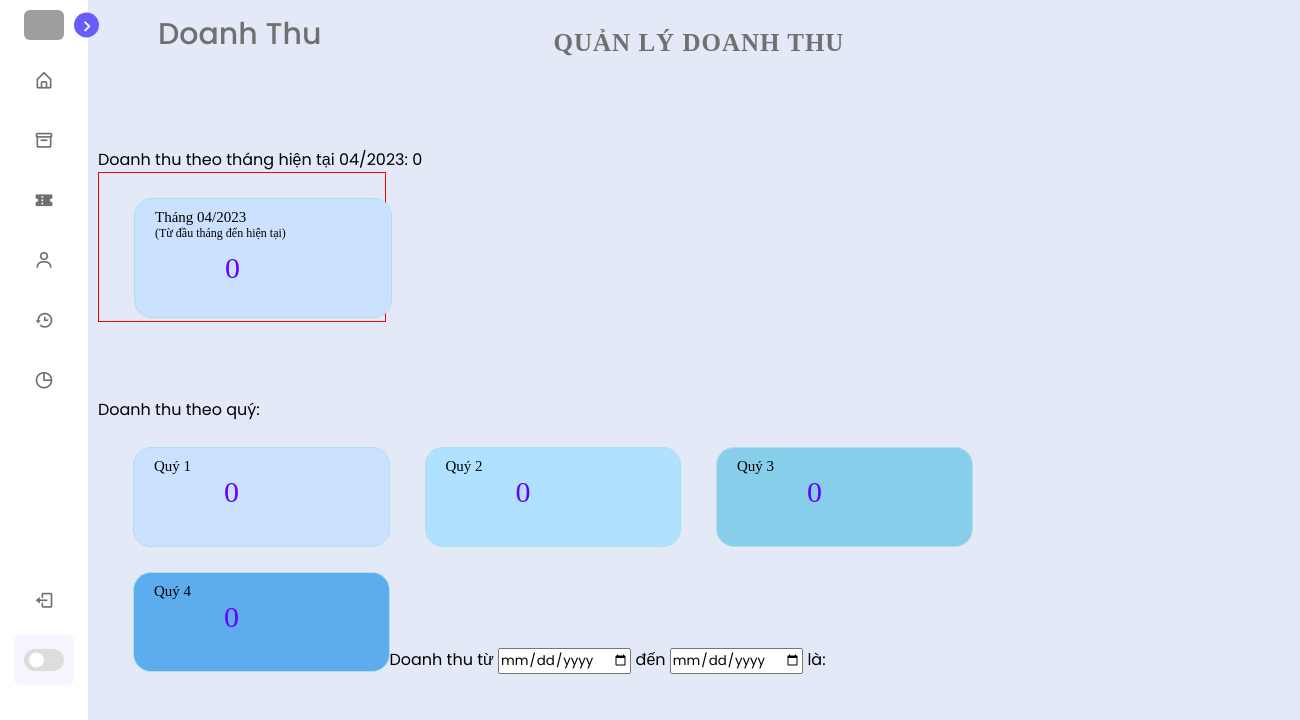
Repository: JeffDaveHudson/CapstoneProject
Page: http://localhost/CapstoneProject/revenue
An editor plug-in stored every save of this project. The page is shown before and after the next save, followed by the edit.
The browser window is 1280 px wide. The page is 1300 px wide, so the pictures cover 1300 px, including what lies to the right of the window. The pictures show the whole page.
Pictures or frames that could not be fetched are drawn as grey boxes. The page is served by Tomcat 9. Queries for data that is not in the repository find no rows.

Above is the page before, as saved 2023-06-14 04:29:33.

After the next save:
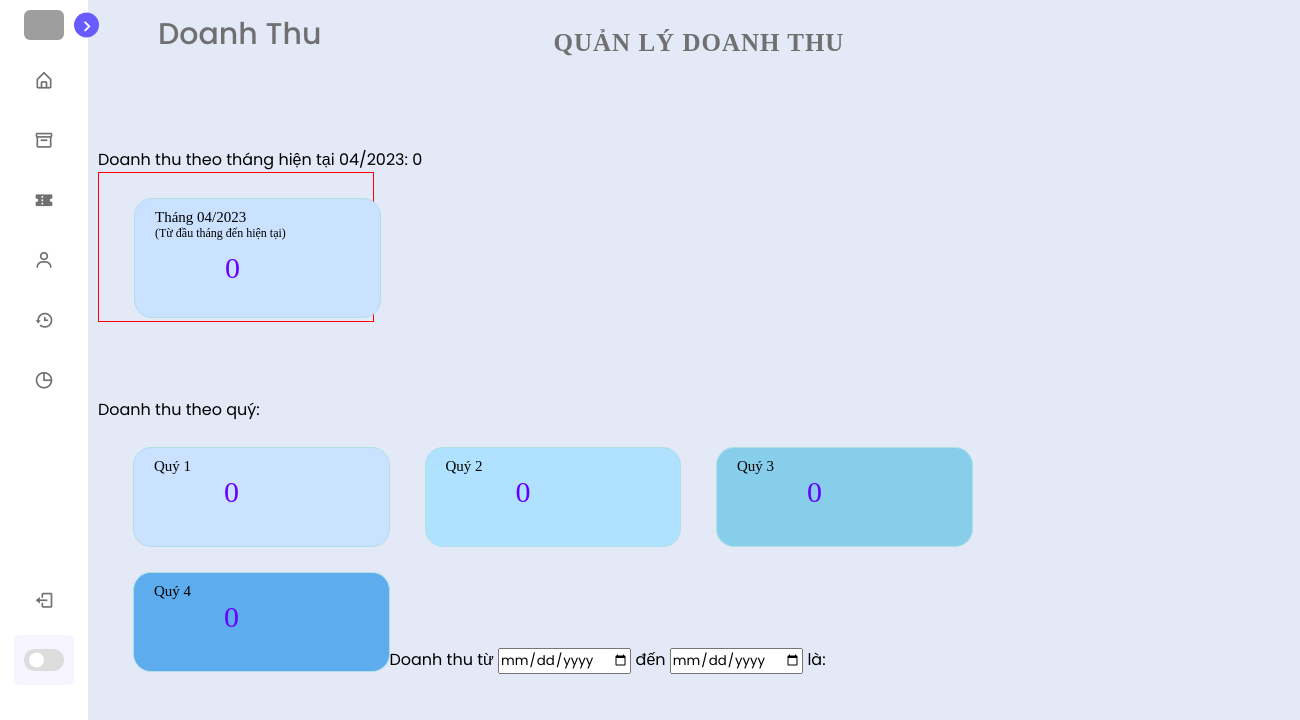
Saved 9 s later.
--- a/CapstoneProject/src/main/webapp/admin/Revenue.jsp
+++ b/CapstoneProject/src/main/webapp/admin/Revenue.jsp
@@ -59,7 +59,7 @@
 
 .div2{
 	border: 1px solid red;
-	width: 24%;
+	width: 23%;
 	height: 150px;
 }
 

After the save that followed:
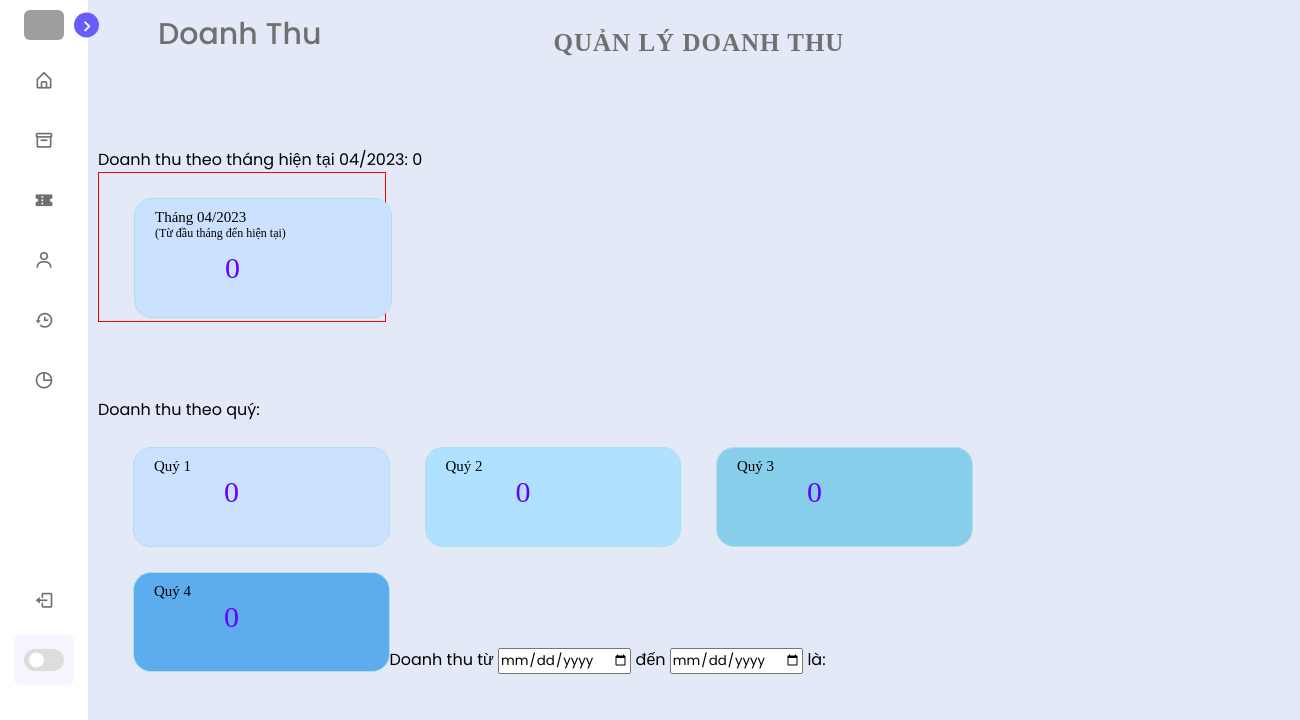
Saved 9 s later.
--- a/CapstoneProject/src/main/webapp/admin/Revenue.jsp
+++ b/CapstoneProject/src/main/webapp/admin/Revenue.jsp
@@ -59,7 +59,7 @@
 
 .div2{
 	border: 1px solid red;
-	width: 23%;
+	width: 24%;
 	height: 150px;
 }
 
